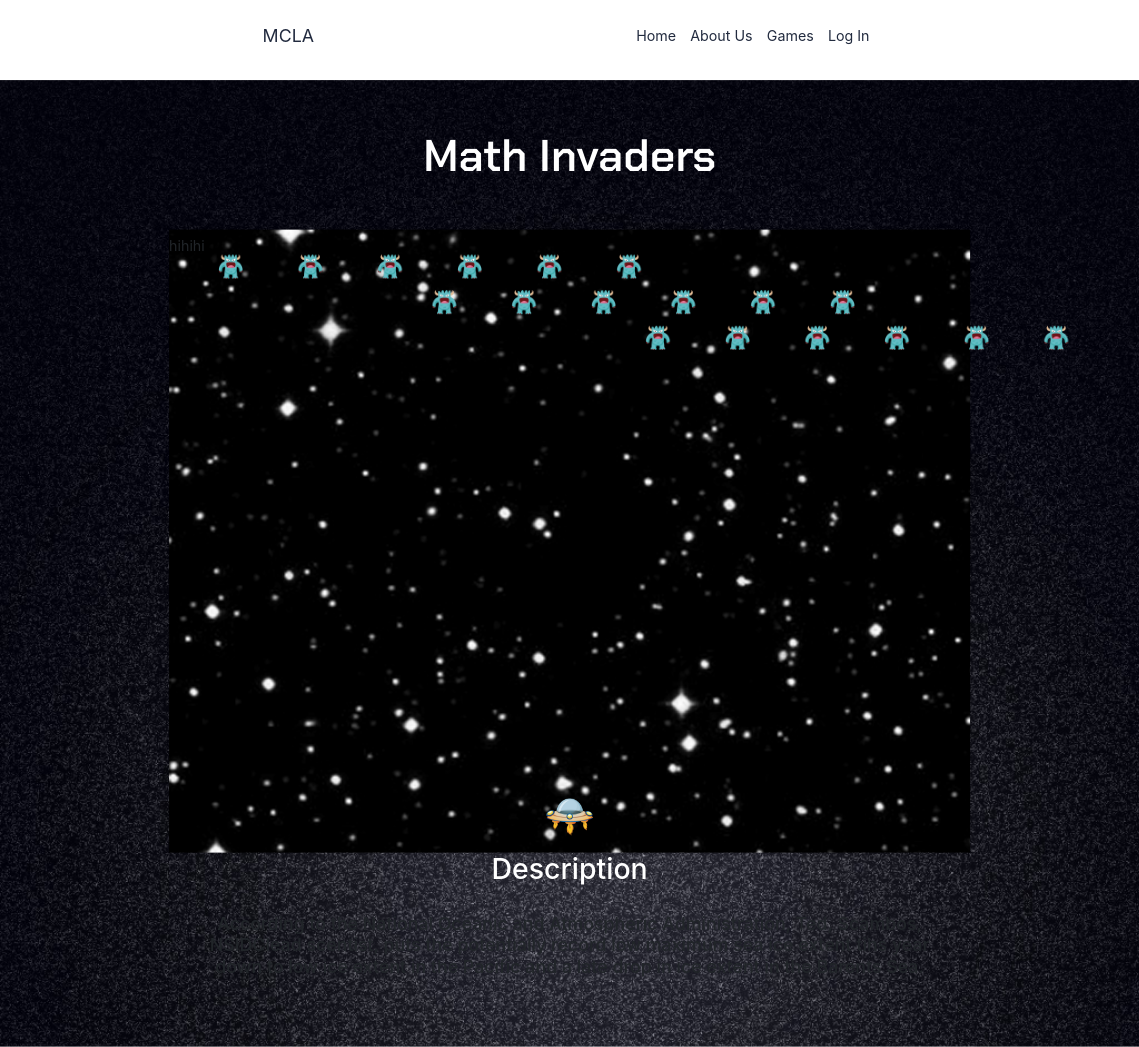
Repository: kkyler24/MathInvader
Page: index.html
The author's editor kept a copy of each file at every save. The page is drawn from the files as they stood at one save, then again after the next save.
The browser window is 1280 px wide. The pictures show the whole page, at 89% of full size.
Some web libraries are served in a nearby version.

Above is the page before, as saved 2020-07-20 15:25:09.

After the next save:
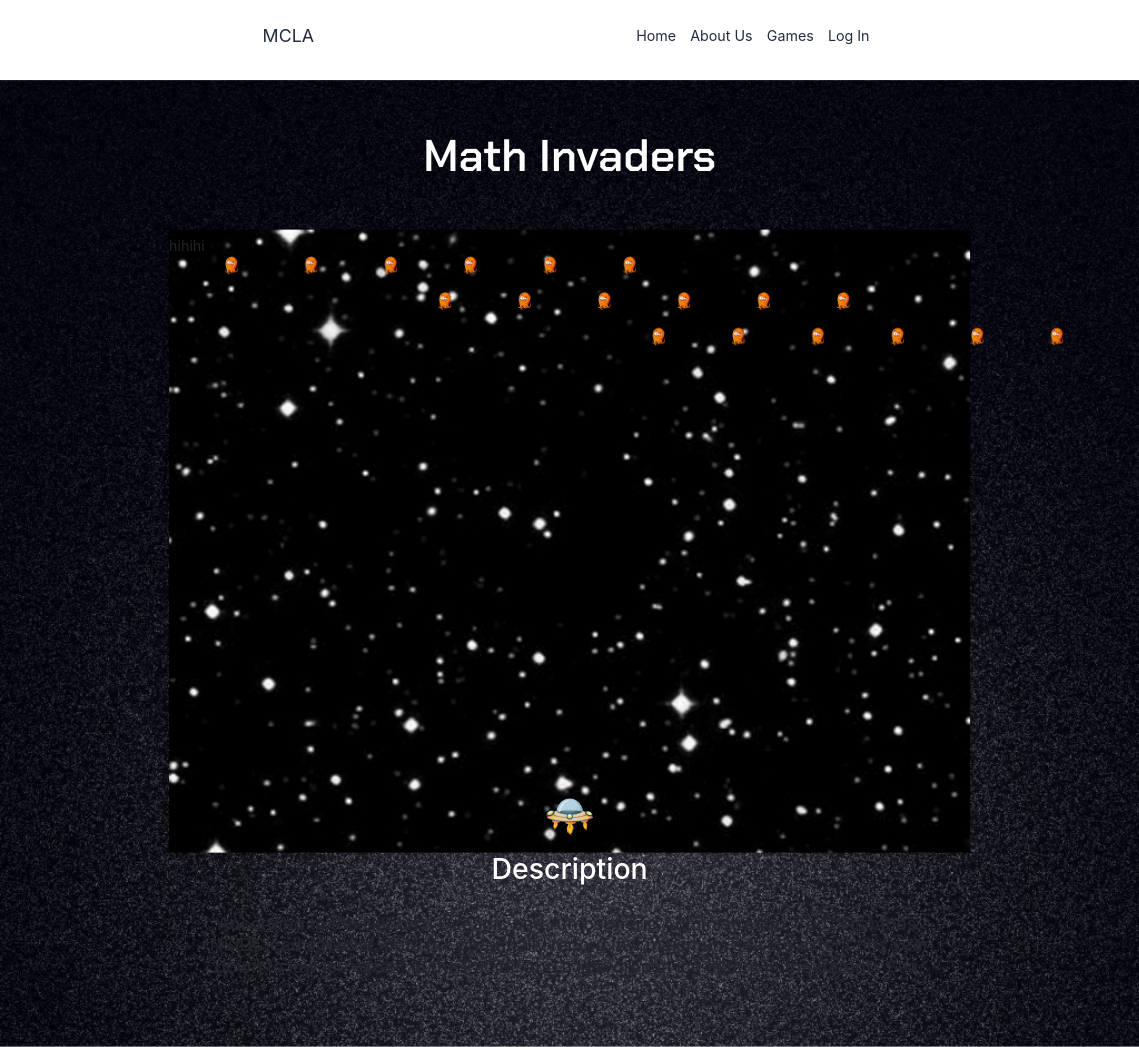
Saved 112 s later.
--- a/jsFolder/game.js
+++ b/jsFolder/game.js
@@ -205,6 +205,7 @@ function createEnemy($container, x, y) {
   const $element = document.createElement("img");
   $element.src =
     "/jsFolder/pictures/MathApics/invaders_png/angerangryalien1.png";
+  $element.src = "/jsFolder/pictures/MathApics/invaders_png/orange.png";
   $element.className = "enemy";
   $container.appendChild($element);
   const enemy = {
